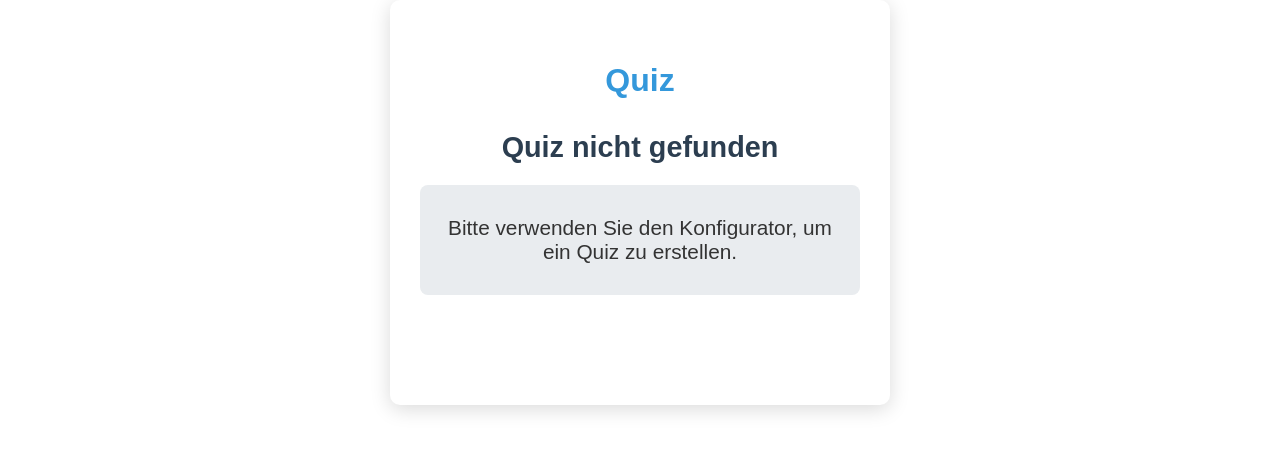
Repository: SandroGansner/LMS-Quiz-Builder
Page: quiz-widget.html
These files come from the project's save history. The page is drawn as it stood at one moment and after the next save; the edit follows.
The browser window is 1280 px wide. The pictures show the whole page.

Above is the page before, as saved 2025-06-04 11:00:44.

After the next save:
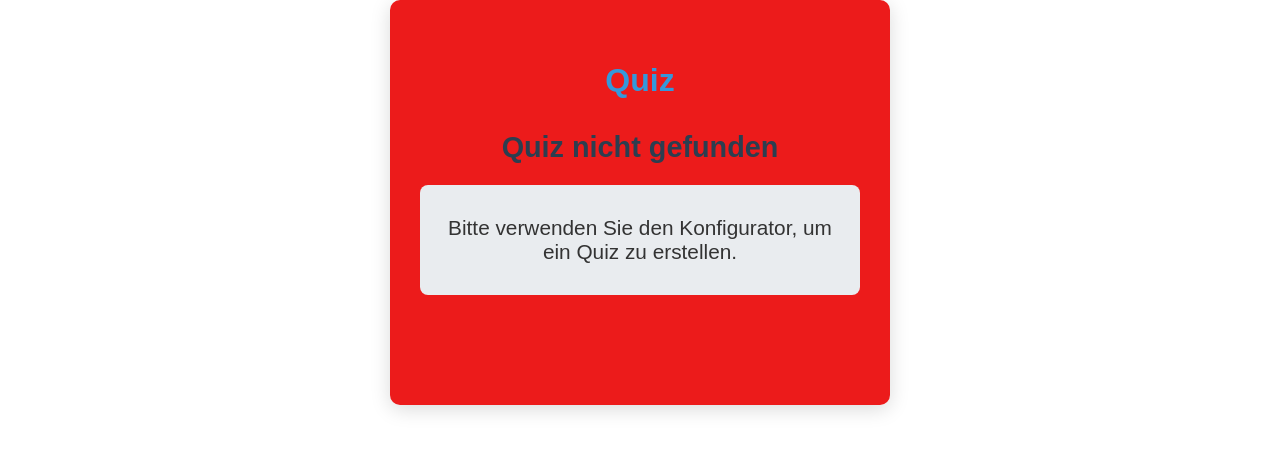
Saved 26 s later.
--- a/quiz-widget.html
+++ b/quiz-widget.html
@@ -16,7 +16,7 @@ body {
     transition: background-color 0.3s ease;
 }
 .quiz-container {
-    background-color: #fff;
+    background-color: #ec1b1b;
     padding: 30px;
     border-radius: 10px;
     box-shadow: 0 4px 20px rgba(0, 0, 0, 0.15);
